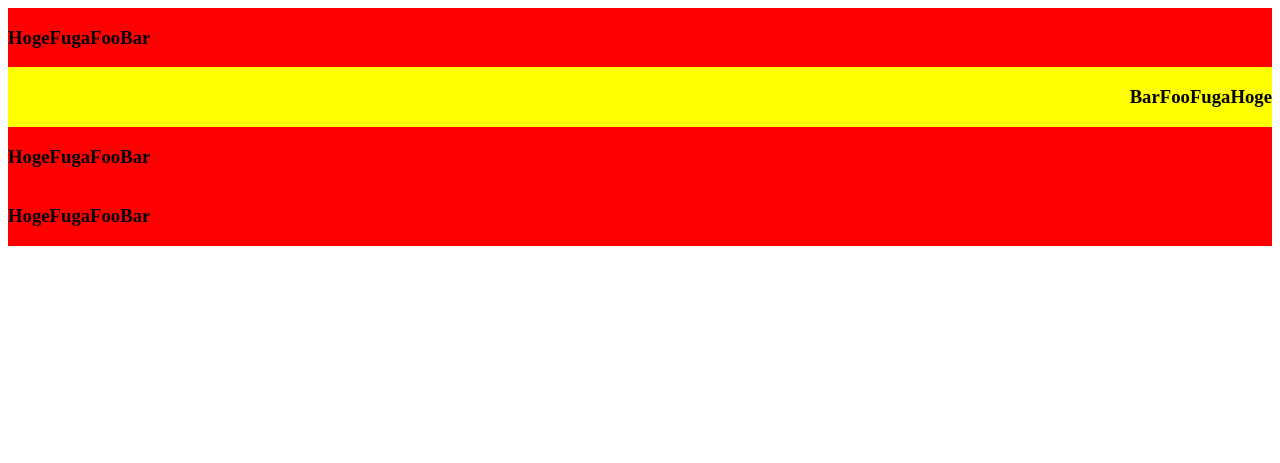
Repository: IzIzKen/samurai_HTML-CSS
Page: HTML CSSを学びWebプログラミングの第一歩を踏み出そう/14章 Flexbox/index.html
The author's editor kept a record of every edit. The page is drawn from the files as they stood at one moment, then again after the next edit.
The browser window is 1280 px wide. The pictures show the whole page.

Above is the page before.

After the next edit:
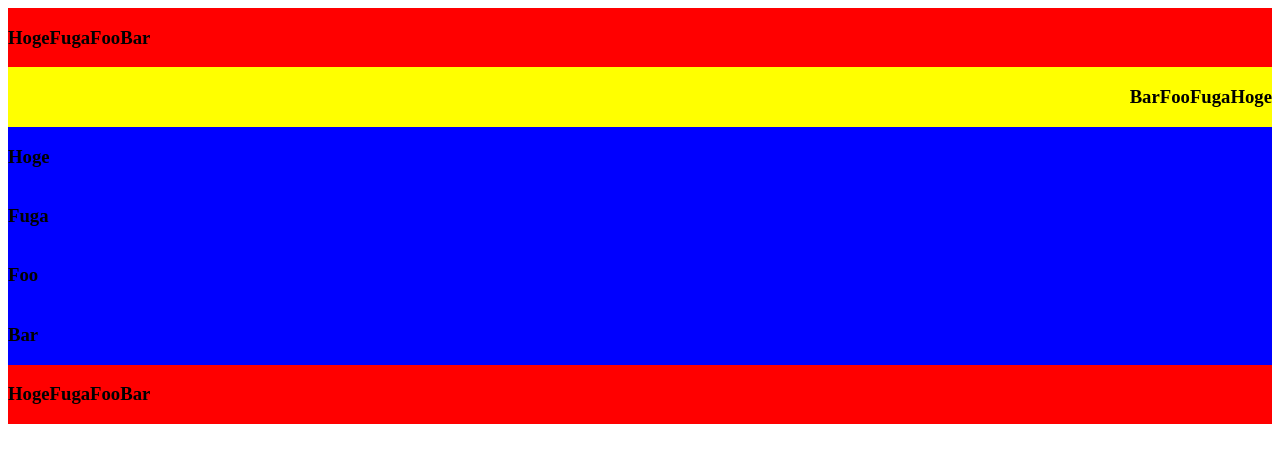
The edit:
--- a/HTML CSSを学びWebプログラミングの第一歩を踏み出そう/14章 Flexbox/index.html
+++ b/HTML CSSを学びWebプログラミングの第一歩を踏み出そう/14章 Flexbox/index.html
@@ -43,7 +43,7 @@
         <h3>Bar</h3>
     </div>
 
-    <div id="sort">
+    <div id="column">
         <h3>Hoge</h3>
         <h3>Fuga</h3>
         <h3>Foo</h3>
